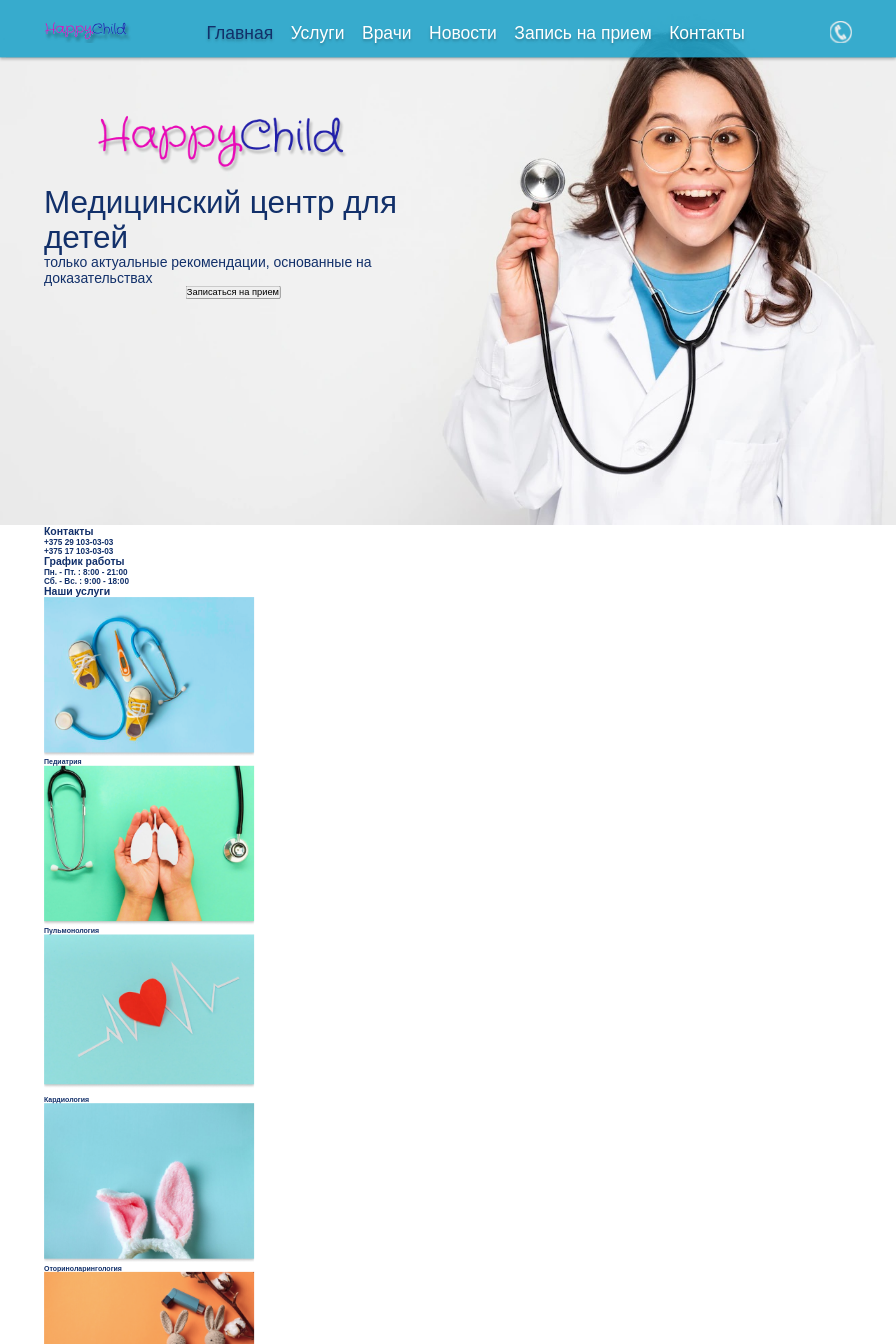
Repository: Normandy72/Landing-Page-Happy-Child
Page: index.html
These files come from the project's save history. The page is drawn as it stood at one moment and after the next save; the edit follows.
The browser window is 1280 px wide. The pictures show the part of the page from y = 0 to 1920 px (the page is 8104 px tall), at 70% of full size.
The pointer rests on the first visible `.header__logo`.
Some web fonts or font styles are not loaded; a fallback is used.

Above is the page before, as saved 2022-11-11 23:08:26.
Not found: styles/doctors_card.css
Not found: styles/news_card.css
Not found: styles/services_card.css

### index.html
<!DOCTYPE html>
<html lang="en">
<head>
    <meta charset="UTF-8">
    <meta http-equiv="X-UA-Compatible" content="IE=edge">
    <meta name="viewport" content="width=device-width, initial-scale=1.0">
    <link href="https://fonts.googleapis.com/css2?family=Neucha&display=swap" rel="stylesheet">
    <link rel="icon" href="resources/icon/stethoscope.ico" sizes="16x16">
    <link rel="icon" href="resources/icon/stethoscope.ico" sizes="32x32">
    <link rel="icon" href="resources/icon/stethoscope.ico" sizes="64x64">
    <link rel="stylesheet" href="styles/main.css">
    <title>Happy Child</title>
</head>

<body>
    <header>
        <div class="wrapper layout-3-columns">
            <a href="#">
                <div class="header__logo"></div>
            </a>
            <nav class="header__navigation">
                <a class = "navigation__link selected_link" href="#">Главная</a>
                <a class = "navigation__link" href="#">Услуги</a>
                <a class = "navigation__link" href="#">Врачи</a>
                <a class = "navigation__link" href="#">Новости</a>
                <a class = "navigation__link" href="#">Запись на прием</a>
                <a class = "navigation__link" href="#">Контакты</a>
            </nav>
            <a href="tel: +375291030303">
                <div class="header__phone"></div>
            </a>
        </div>
    </header>

    <main>
        <section class="section__main">
            <div class="wrapper">
                <div class="main__text">
                    <div class="main__logo"></div>
                    <h1>Медицинский центр для детей</h1>
                    <h5>только актуальные рекомендации, основанные на доказательствах</h5>
                    <button class="button button_accented">Записаться на прием</button>
                </div>
            </div>
        </section>

        <section class="section__information wrapper">
            <div class="information__block block__phone">
                <div class="block__icon"></div>
                <h2 class="heading_light">Контакты</h2>
                <h3>+375 29 103-03-03</h3>
                <h3>+375 17 103-03-03</h3>
            </div>
            <div class="information__block block__shedule">
                <div class="block__icon"></div>
                <h2 class="heading_light">График работы</h2>
                <h3>Пн. - Пт. :    8:00 - 21:00</h3>
                <h3>Сб. - Вс. :    9:00 - 18:00</h3>
            </div>
        </section>

        <section>
            <div class="section__lines">
                <div></div>
                <div></div>
                <div></div>
                <div></div>
            </div>
            <div class="wrapper section__services">
                <h2 class="heading_dark">Наши услуги</h2>
                <div class="services__card">
                    <img src="resources/img/services/pediatria.png" alt="pediatria">
                    <h4>Педиатрия</h4>
                </div>

                <div class="services__card">
                    <img src="resources/img/services/pulmo.png" alt="pulmo">
                    <h4>Пульмонология</h4>
                </div>

                <div class="services__card">
                    <img src="resources/img/services/cardio.png" alt="cardio">
                    <h4>Кардиология</h4>
                </div>

                <div class="services__card">
                    <img src="resources/img/services/lor.png" alt="lor">
                    <h4>Оториноларингология</h4>
                </div>

                <div class="services__card">
                    <img src="resources/img/services/allergo.png" alt="allergo">
                    <h4>Аллергология</h4>
                </div>

                <div class="services__card">
                    <img src="resources/img/services/surgery.png" alt="surgery">
                    <h4>Хирургия</h4>
                </div>

                <div class="services__card">
                    <img src="resources/img/services/neuro.png" alt="neuro">
                    <h4>Неврология</h4>
                </div>

                <div class="services__card">
                    <img src="resources/img/services/endocryn.png" alt="endocryn">
                    <h4>Эндокринология</h4>
                </div>

                <div class="services__card">
                    <img src="resources/img/services/ophtalm.png" alt="ophtalm">
                    <h4>Офтальмология</h4>
                </div>

                <div class="services__card">
                    <img src="resources/img/services/vaccination.png" alt="vaccination">
                    <h4>Вакцинация</h4>
                </div>

                <div class="services__card">
                    <img src="resources/img/services/usd.png" alt="usd">
                    <h4>УЗ-диагностика</h4>
                </div>

                <div class="services__card">
                    <img src="resources/img/services/stayhome.png" alt="stayhome">
                    <h4>Вызов врача на дом</h4>
                </div>
            </div>
        </section>

        <section class="section__addition">
            <div class="wrapper addition__info">
                <div class="addition__text">
                    <h2 class="heading_light">Записаться на прием онлайн</h2>
                    <h5>Записаться на приём можно в любое время суток и без выходных</h5>
                </div>
                <button class="button button_standart">Записаться онлайн</button>
            </div>
        </section>

        <section class="wrapper section__chief">
            <div class="chief__foto"></div>
            <div class="chief__text">
                <div class="text__lines">
                    <div class="lines__line"></div>
                    <p>“</p>
                    <div class="lines__line"></div>
                </div>
                <h5>Счастливый ребенок – это, прежде всего, ребенок здоровый, и только потом уже читающий
                и играющий на скрипке.</h5>
                <div class="text__lines">
                    <div class="lines__line"></div>
                    <p>”</p>
                    <div class="lines__line"></div>
                </div>
                <h5>Главный врач клиники</h5>
                <div class="chief__logo"></div>
                <h5>Самуилова Инна Абрамовна</h5>
            </div>
        </section>

        <section class="wrapper section__doctors">
            <h2 class="heading_dark">Познакомьтесь с нашими специалистами</h2>
            <p>Мы гордимся тем, что являемся медицинским центром, где Ваши дети на первом месте!
                В кратчайшие сроки мы предоставляем медицинскую помощь высочайшего качества и индивидуальное лечение ведущими специалистами страны. </p>
            <div class="doctors__arrays">
                <div></div>
                <div></div>
            </div>
            <div class="doctors__cards">
                <div class="doctors__card">
                    <img src="resources/img/doctors/ivanov1.png" alt="ivanov1">
                    <h5>Иванов Илья Денисович</h5>
                    <h6>Врач-оториноларинголог</h6>
                </div>

                <div class="doctors__card">
                    <img src="resources/img/doctors/stanina1.png" alt="stanina1">
                    <h5>Станина Александра Ивановна</h5>
                    <h6>Врач-офтальмолог</h6>
                </div>

                <div class="doctors__card">
                    <img src="resources/img/doctors/tkachenko1.png" alt="tkachenko1">
                    <h5>Ткаченко Антонина Львовна</h5>
                    <h6>Врач-невролог</h6>
                </div>

                <div class="doctors__card">
                    <img src="resources/img/doctors/savenko1.png" alt="savenko1">
                    <h5>Савенко Алина Викторовна</h5>
                    <h6>Врач-педиатр</h6>
                </div>

                <div class="doctors__card">
                    <img src="resources/img/doctors/krotov1.png" alt="krotov1">
                    <h5>Кротов Алексей Геннадьевич</h5>
                    <h6>Врач-хирург</h6>
                </div>

                <div class="doctors__card">
                    <img src="resources/img/doctors/karpovich1.png" alt="karpovich1">
                    <h5>Карпович Анна Игоревна</h5>
                    <h6>Врач-кардиолог</h6>
                </div>

                <div class="doctors__card">
                    <img src="resources/img/doctors/akulich1.png" alt="akulich1">
                    <h5>Акулич Олег Васильевич</h5>
                    <h6>Врач-эндокринолог</h6>
                </div>

                <div class="doctors__card">
                    <img src="resources/img/doctors/astapenko1.png" alt="astapenko1">
                    <h5>Астапенко Ирина Эдуардовна</h5>
                    <h6>Врач УЗ-диагностики</h6>
                </div>
            </div>
        </section>

        <section>
            <div class="section__lines">
                <div></div>
                <div></div>
                <div></div>
            </div>
            <div class="wrapper section__news">
                <h2 class="heading_dark">Новости</h2>
                <div class="news_card">
                    <img src="resources/img/news/news1.png" alt="news1">
                    <h4>25. 07. 2022   15 : 00</h4>
                    <h3>Всемирный день здоровья полости рта</h3>
                    <h5>Взрослея, организм ребенка испытывает множество изменений. В честь Всемирного дня здоровья полости рта наши стоматологи расскажут родителям и детям, как заботиться о зубах и деснах в разных возрастных периодах, какие средства использовать, чтобы смена молочных зубов прошла легко и безболезненно, и еще много-много полезного!</h5>
                    <a href="#">Подробнее...</a>
                </div>

                <div class="news_card">
                    <img src="resources/img/news/news2.png" alt="news1">
                    <h4>27. 07. 2022   13 : 30</h4>
                    <h3>Европейская неделя иммунизации</h3>
                    <h5>Знаете ли Вы, что иммунизация является единственным и надежным способом борьбы с эпидемиологическими заболеваниями, такими как корь, полиомиелит, эпидемический паротит и др.? В рамках Европейской недели иммунизации врач-педиатр Савенко Алина Викторовна познакомит Вас с текущим календарем профилактических прививок и ответит на все волнующие Вас вопросы! </h5>
                    <a href="#">Подробнее...</a>
                </div>

                <div class="news_card">
                    <img src="resources/img/news/news3.png" alt="news1">
                    <h4>28. 07. 2022    16 : 00</h4>
                    <h3>Международный день офтальмологии</h3>
                    <h5>Ухудшение зрения может лишить человека возможности заниматься любимым делом. Хорошо, что современная офтальмология обладает широкими возможностями для лечения многих заболеваний глаз.  Приходите к нам в Международный день офтальмологии и узнайте, что рекомендуют специалисты для профилактии заболеваний глаз.</h5>
                    <a href="#">Подробнее...</a>
                </div>
            </div>
        </section>

        <section class="section__addition">
            <div class="wrapper addition__info">
                <div class="addition__text">
                    <h2 class="heading_light">Подписаться на рассылку</h2>
                    <h5>Будьте в курсе новостей !</h5>
                </div>
                <form class="addition__form">
                    <input class = "addition__input" type="text" value="Email">
                    <button class="button button_standart">Подписаться</button>
                </form>
            </div>
        </section>

        <section class="wrapper section__callback">
            <div class="callback__form">
                <h2 class="heading_dark">Остались вопросы?</h2>
                <h5>Оставьте заявку, мы Вам перезвоним!</h5>
                <form action="">
                    <input class="callback__input" type="text" value="Ваше имя">
			        <input class="callback__input" type="tel" placeholder="Номер телефона" pattern="+375(29,17,33,44)[0-9]{3}-[0-9]{2}-[0-9]{2}" required>
			        <select class="callback__input" name="menu" size="1">
				        <option>Желаемая услуга</option>
				        <option value="ped">Педиатрия</option>
				        <option value="pulmo">Пульмонология</option>
				        <option value="cardio">Кардиология</option>
				        <option value="lor">Оториноларингология</option>
				        <option value="allergo">Аллергология</option>
				        <option value="surg">Хирургия</option>
				        <option value="neuro">Неврология</option>
				        <option value="endocryn">Эндокринология</option>
				        <option value="ophtalm">Офтальмология</option>
				        <option value="vaccin">Вакцинация</option>
				        <option value="usd">УЗ-диагностика</option>
				        <option value="stayhome">Вызов врача на дом</option>
			        </select>
			        <input class="callback__input" type="date" value="2022-01-01" min="2022-01-01" max="2022-12-31">
                    <label class="callback__checkbox">
                        <input type="checkbox">
                        Я даю согласие на хранение и обработку персональных данных
                    </label>
			        <button class="button button_standart">Оставить заявку</button>
                </form>
            </div>
            <div class="callback__photo"></div>
        </section>

        <section class="wrapper section__contacts">
            <h2 class="heading_dark">Ждем Вас в нашем центре !</h2>
            <div class="contacts__info">
                <h3>Контакты</h3>
                <h5>Мы находимся по адресу:</h5>
                <h4>г. Минск, ул. Матусевича, 70</h4>
                <h5>Связаться:</h5>
                <a href="tel: +375291030303">+375 29 103-03-03</a>
                <a href="tel: +375171030303">+375 17 103-03-03</a>
                <h5>Мы в соц. сетях:</h5>
                <div class="contacts__social">
                    <a href="#"></a>
                </div>
                <div class="contacts__social">
                    <a href="#"></a>
                </div>
                <div class="contacts__social">
                    <a href="#"></a>
                </div>
            </div>
            <div class="contacts__map">
                <iframe src="https://www.google.com/maps/embed?pb=!1m18!1m12!1m3!1d2349.7572817965843!2d27.4501670158107!3d53.91828888010291!2m3!1f0!2f0!3f0!3m2!1i1024!2i768!4f13.1!3m3!1m2!1s0x46dbc52f35b245d3%3A0x98f1d72de22c93c4!2z0YPQu9C40YbQsCDQnNCw0YLRg9GB0LXQstC40YfQsCA3MCwg0JzQuNC90YHQug!5e0!3m2!1sru!2sby!4v1659879735812!5m2!1sru!2sby" width="50%" height="562px" style="border:0;" allowfullscreen="" loading="lazy" referrerpolicy="no-referrer-when-downgrade"></iframe>
            </div>
        </section>
    </main>

    <footer>
        <div class="wrapper">
            <h5>ООО “HappyChild” © 2022</h5>
            <a href="#">Политика конфиденциальности</a>
        </div>
    </footer>
</body>
</html>

### styles/main.css
@import url(buttons.css);
@import url(common.css);
@import url(doctors_card.css);
@import url(footer.css);
@import url(form.css);
@import url(header.css);
@import url(headings.css);
@import url(layouts.css);
@import url(links.css);
@import url(news_card.css);
@import url(section_main.css);
@import url(services_card.css);
@import url(variables.css);

### styles/common.css
*{
    margin: 0;
    padding: 0;
    box-sizing: border-box;
}

html{
    scroll-behavior: smooth;
}

body{
    font-family: var(--main-font);
    font-size: 10px;
    color: var(--text-dark-color);
}

.wrapper{
    max-width: 1180px;
    min-width: 480px;
    padding: 0 1%;
    margin: auto;
}

### styles/header.css
header{
    width: 100%;
    background-color: var(--header-color);
    box-shadow: 0px 4px 4px rgba(0, 0, 0, 0.25);
    position: fixed;
    top: 0;
}

header .wrapper{
    padding-top: 30px;
    padding-bottom: 20px;
}

.header__logo{
    background-image: url(../resources/icon/HappyChild_small.svg);
    background-repeat: no-repeat;
    width: 136px;
    height: 31px;
}

.header__navigation{
    display: flex;
    align-items: center;
    justify-content: space-between;
}

.navigation__link{
    padding-right: 25px;
}

.header__phone{
    background-image: url(../resources/icon/phone.svg);
    background-repeat: no-repeat;
    width: 32px;
    height: 32px;
}

### styles/headings.css
h1{
    font-size: var(--h1-font-size);
    font-style: normal;
    font-weight: 400;
    line-height: 50px;
}

h2{

}

h3{

}

h4{

}

h5{
    font-size: var(--h5-font-size);
    font-style: normal;
    font-weight: 400;
    line-height: 22px;
}

h6{

}

### styles/layouts.css
.layout-3-columns{
    display: flex;
    align-items: center;
    justify-content: space-between;
    flex-wrap: wrap;
    flex-basis: 33%;
}

### styles/links.css
a{
    text-decoration: none;
    color: var(--links-color);
    text-shadow: var(--links-shadow);
    font-size: var(--links-font-size);
}

a:hover{
    cursor: pointer;
    color: var(--links-hover-color);
    transition: var(--transition);
}

.selected_link{
    color: var(--selected-link-color);
}

### styles/section_main.css
.section__main{
    width: 100%;
    height: 750px;
    background-image: url(../resources/img/girl.jpg);
    background-size: cover;
    background-repeat: no-repeat;
}

.main__text{
    padding-top: 165px;
    width: 540px;
    display: flex;
    flex-direction: column;
    align-items: center;
}

.main__logo{
    background-image: url(../resources/icon/HappyChild_big.png);
    background-repeat: no-repeat;
    width: 388px;
    height: 99px;
}

### styles/variables.css
:root{
    /* fonts */
    --main-font: 'Neucha', Arial, cursive;

    /* font sizes */
    --links-font-size: 25px;
    --h1-font-size: 45px;
    --h5-font-size: 20px;

    /* colors */
    --header-color: rgba(35, 164, 201, 0.9);
    --links-color:  #FFFFFF;
    --links-shadow: 0px 4px 4px rgba(0, 0, 0, 0.25);
    --links-hover-color: #12306A;
    --selected-link-color: #12306A;
    --text-dark-color:#12306A;
    --text-ligth-color:#FFFFFF;

    /* transition */
    --transition: all .3s ease-out;
}

Loaded but not shown: styles/buttons.css (no copy from this time; the picture is the same without it); styles/footer.css (no copy from this time; the picture is the same without it); styles/form.css (no copy from this time; the picture is the same without it)

After the next save:
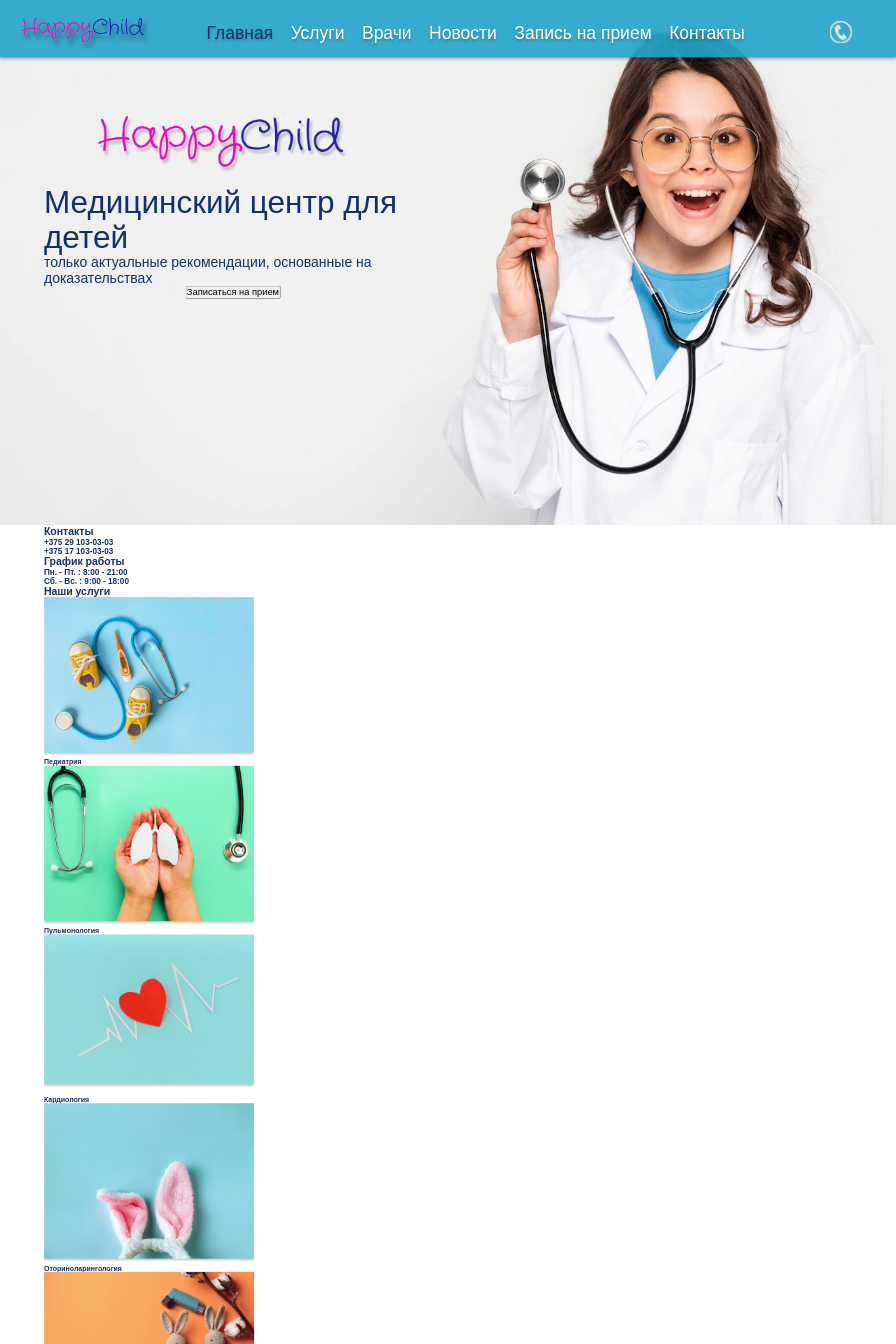
Saved 79 s later.
--- a/styles/header.css
+++ b/styles/header.css
@@ -18,6 +18,11 @@ header .wrapper{
     height: 31px;
 }
 
+.header__logo:hover{
+    transform: scale(1.5);
+    transition-duration: 0.5s;
+}
+
 .header__navigation{
     display: flex;
     align-items: center;
